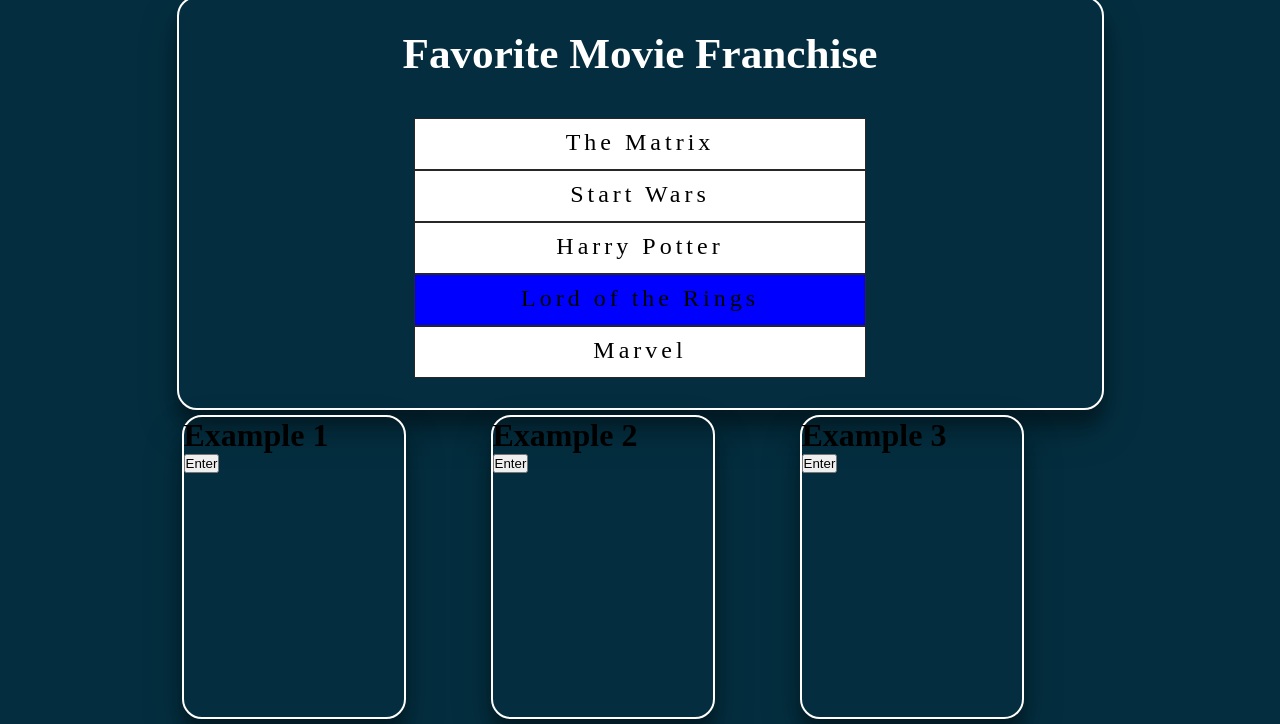
Repository: Ellisvelandia/DOM-Manipulation
Page: index.html
These files come from the project's save history. The page is drawn as it stood at one moment and after the next save; the edit follows.
The browser window is 1280 px wide. The pictures show the whole page.

Above is the page before, as saved 2022-08-22 16:55:21.

After the next save:
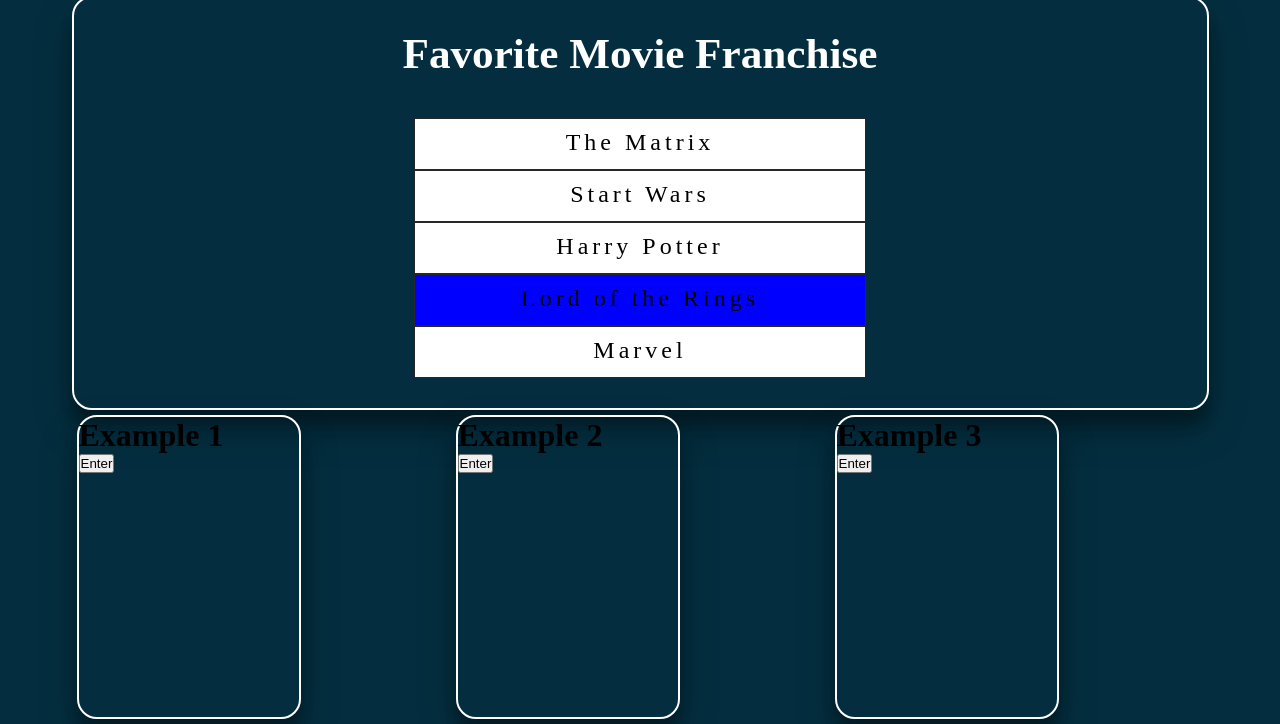
Saved 22 s later.
--- a/style.css
+++ b/style.css
@@ -63,7 +63,7 @@
   border: 1px solid transparent;
   border-radius: 20px;
   height: 300px;
-  margin-right: 80px;
+  margin-right: 150px;
   width: 220px;
   border: 2px solid #fff;
   box-shadow: rgba(0, 0, 0, 0.3) 0px 19px 38px,

After the save that followed:
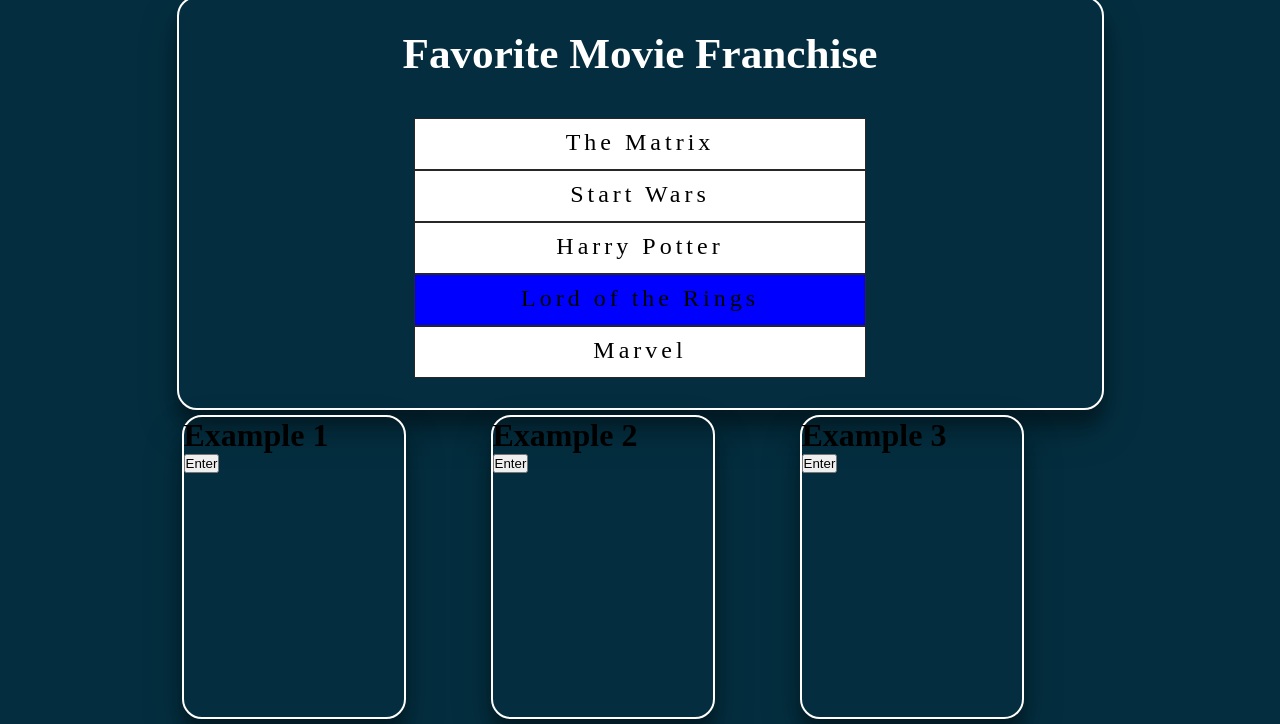
Saved 7 s later.
--- a/style.css
+++ b/style.css
@@ -63,7 +63,7 @@
   border: 1px solid transparent;
   border-radius: 20px;
   height: 300px;
-  margin-right: 150px;
+  margin-right: 80px;
   width: 220px;
   border: 2px solid #fff;
   box-shadow: rgba(0, 0, 0, 0.3) 0px 19px 38px,
